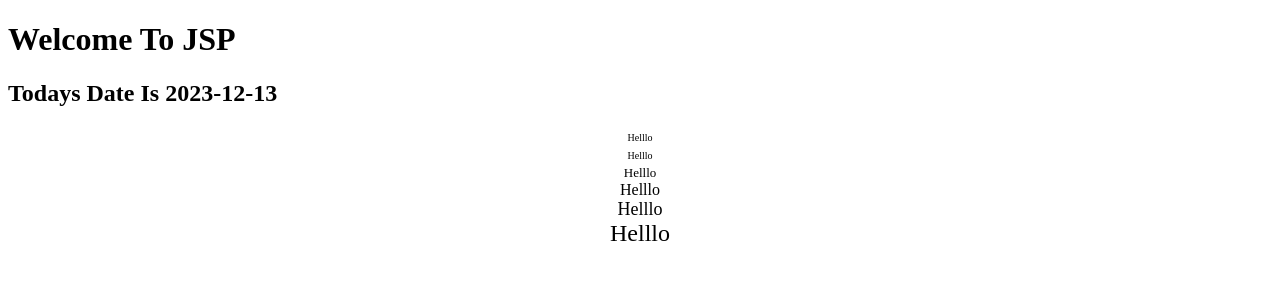
Repository: yashdpatil/Advanced_java
Page: http://localhost/MVC/Hello.jsp
These files come from the project's save history. The page is drawn as it stood at one moment and after the next save; the edit follows.
The browser window is 1280 px wide. The pictures show the whole page.
The page is served by Tomcat 9.

Above is the page before, as saved 2023-12-14 04:45:14.

After the next save:
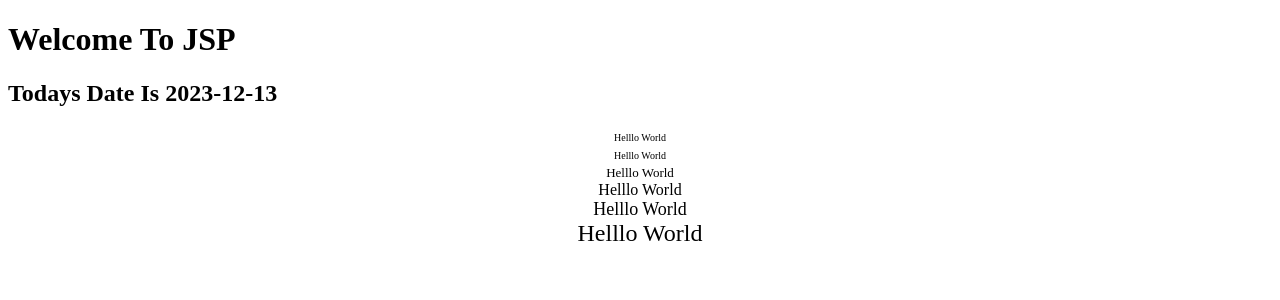
Saved 67 s later.
--- a/MVC/src/main/webapp/Hello.jsp
+++ b/MVC/src/main/webapp/Hello.jsp
@@ -16,7 +16,7 @@
 <%
 for(int i =0;i<6;i++){
 %>
-<font size="<%= i %>">Helllo</font><br />
+<font size="<%= i %>">Helllo World</font><br />
 
 <%
 }
